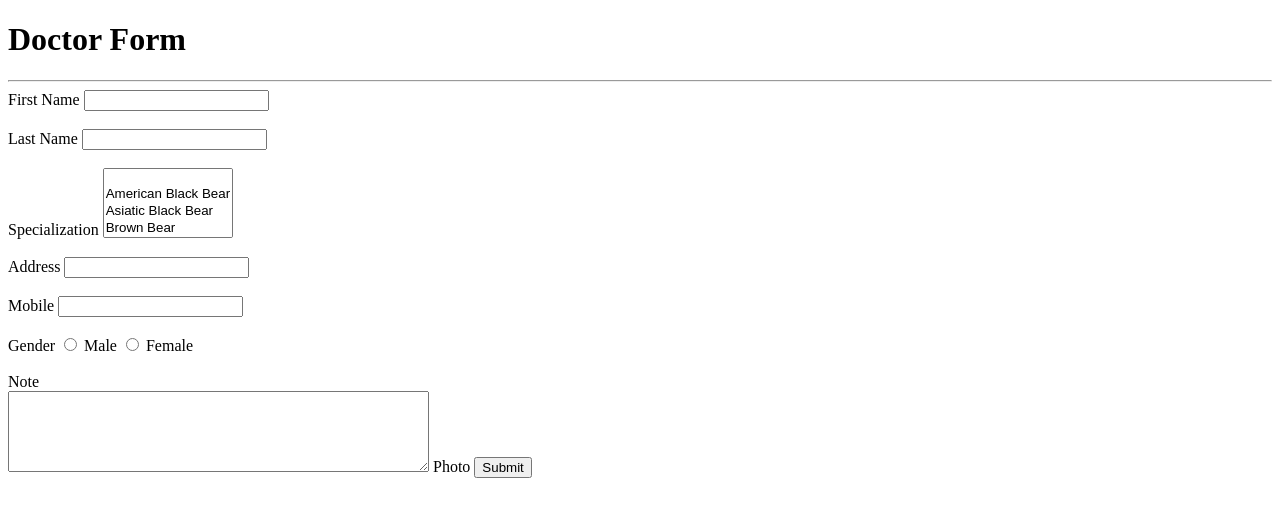
Repository: aayush105/Advance-Java
Page: http://localhost/Doctorpatient/Doctor.jsp
The author's editor kept a copy of each file at every save. The page is drawn from the files as they stood at one save, then again after the next save.
The browser window is 1280 px wide. The pictures show the whole page.
The page is served by Tomcat 10.

Above is the page before, as saved 2023-07-20 10:51:34.

After the next save:
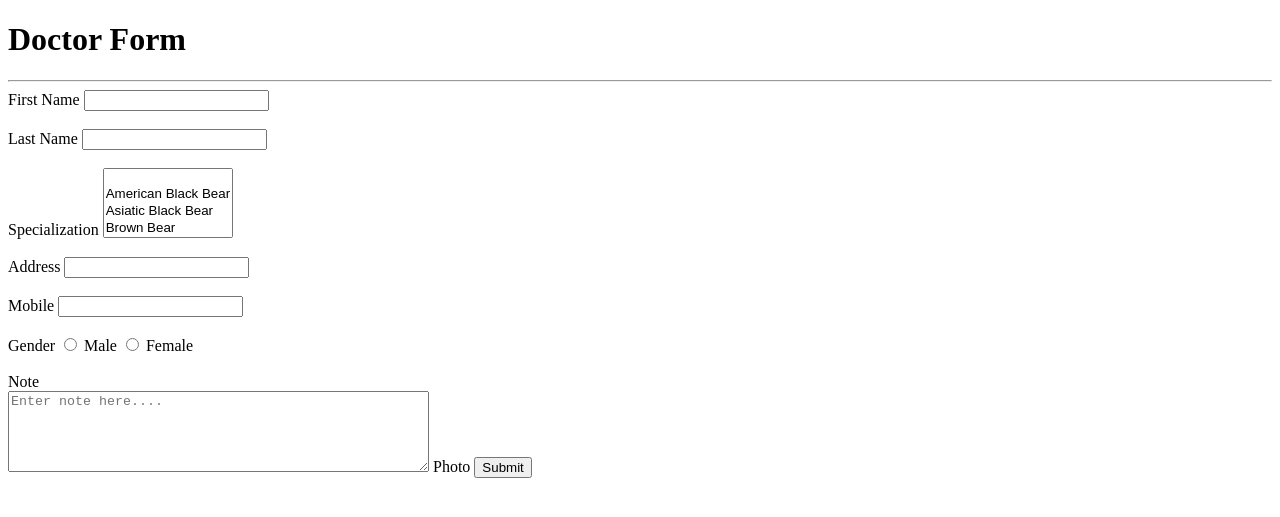
Saved 16 s later.
--- a/Doctorpatient/src/main/webapp/Doctor.jsp
+++ b/Doctorpatient/src/main/webapp/Doctor.jsp
@@ -31,9 +31,9 @@
 <input type="radio" name="gender" value="female"> Female
 <br><br>
 Note <br />
-         <textarea rows = "5" cols = "50" name = "description" placeholder ="Enter note here">
+         <textarea rows = "5" cols = "50" name = "description" placeholder ="Enter note here...."></textarea>
 
-         </textarea>
+
 Photo
 
   <input type="submit">
